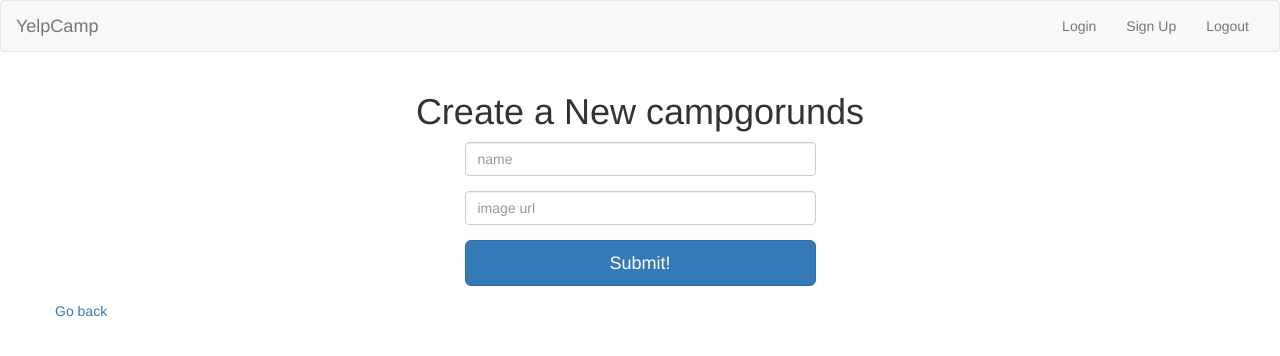
Repository: gtxDaniel/Web-development
Page: http://localhost/campgrounds/new
The author's editor kept a record of every edit. The page is drawn from the files as they stood at one moment, then again after the next edit.
The browser window is 1280 px wide. The pictures show the whole page.
The page is served by the project's Node server (YelpCamp/v1/app.js).

Above is the page before.

### web-development/workspace/YelpCamp/v1/views/new.ejs
<% include partials/header %>
<div class = "container">
    <div class = 'row'>
        <h1 style = 'text-align:center'>Create a New campgorunds</h1>
        <div style = 'width: 30%; margin: 0 auto'>
            <form action = '/campgrounds' method = "POST">
                <div class = 'form-group'>
                     <input class ="form-control" type = 'text' name = 'name' placeholder = 'name'>
                </div>

               <div class ='form-group'>
                   <input class ="form-control" type = 'text' name = 'image' placeholder = 'image url'>
               </div>

               <div class='form-group'>
                   <button class = 'btn btn-lg btn-primary btn-block'>Submit!</button>
               </div>

            </form>
        </div>

        <a href = '/campgrounds'>Go back</a>
    </div>
</div>
<% include partials/footer %>

### web-development/workspace/YelpCamp/v1/views/partials/header.ejs
<!DOCTYPE html>
<html>
    <head>
        <title>YelpCamp</title>
        <link rel="stylesheet" href="https://maxcdn.bootstrapcdn.com/bootstrap/3.3.7/css/bootstrap.min.css" integrity="sha384-BVYiiSIFeK1dGmJRAkycuHAHRg32OmUcww7on3RYdg4Va+PmSTsz/K68vbdEjh4u" crossorigin="anonymous">
    </head>
    <body>
        <nav class='navbar navbar-default'>
            <div class = 'container-fluid'>
                <div class = 'navbar-header'>
                    <a class='navbar-brand' href='/'>YelpCamp</a>
                </div>
                <div class="collapse navbar-collapse">
                    <ul class= 'nav navbar-nav navbar-right'>
                        <li><a href = "/">Login</a></li>
                        <li><a href = "/">Sign Up</a></li>
                        <li><a href = "/">Logout</a></li>
                    </ul>
                </div>
            </div>
        </nav>

### web-development/workspace/YelpCamp/v1/app.js
var express = require("express");
var app = express();
var bodyParser = require('body-parser');

app.use(bodyParser.urlencoded({extended: true}));
app.set('view engine', 'ejs');

var campgrounds = [
        {name: 'First', image: 'https://farm9.staticflickr.com/8442/7962474612_bf2baf67c0.jpg'},
        {name: 'Second', image: "https://ak4.picdn.net/shutterstock/videos/20733094/thumb/1.jpg"},
        {name: 'Third', image: "https://thefinanser.com/wp-content/uploads/2019/03/Camp.jpg"},
        {name: 'First', image: 'https://farm9.staticflickr.com/8442/7962474612_bf2baf67c0.jpg'},
        {name: 'Second', image: "https://ak4.picdn.net/shutterstock/videos/20733094/thumb/1.jpg"},
        {name: 'Third', image: "https://thefinanser.com/wp-content/uploads/2019/03/Camp.jpg"}
    ]

app.get('/', function(req, res){
    res.render('landing');
})

app.get('/campgrounds', function(req, res){

        res.render('campgrounds', {campgrounds: campgrounds});
})

app.get('/campgrounds/new', function(req, res) {
    res.render('new.ejs');
})

app.post('/campgrounds', function(req, res){
    // get data from form and add to campgorunds array
    // redircet
    var name = req.body.name;
    var image = req.body.image;
    var newCampground = {name: name, image: image};
    campgrounds.push(newCampground);
    res.redirect('/campgrounds');

})


app.listen(process.env.PORT, process.env.IP, function(){
    console.log("started");
})

Loaded but not shown: web-development/workspace/YelpCamp/v1/views/partials/footer.ejs (common file)

After the next edit:
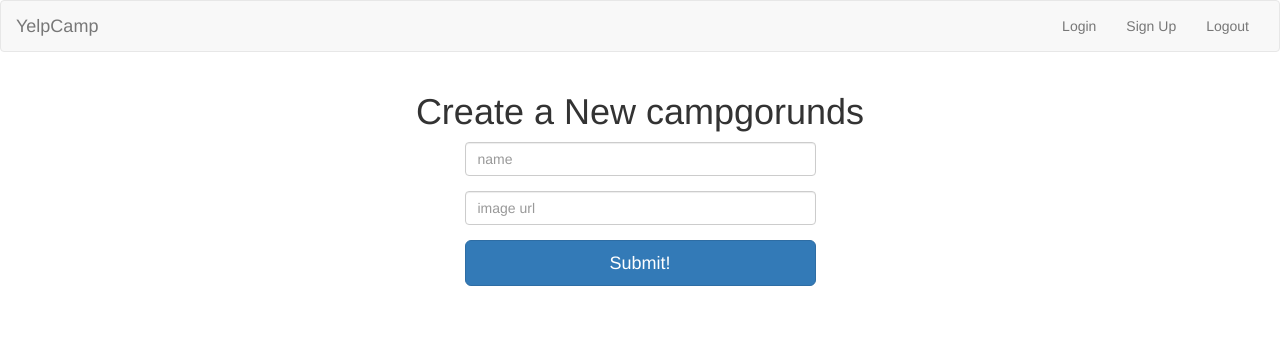
The edit:
--- a/web-development/workspace/YelpCamp/v1/views/new.ejs
+++ b/web-development/workspace/YelpCamp/v1/views/new.ejs
@@ -19,7 +19,7 @@
             </form>
         </div>
 
-        <a href = '/campgrounds'>Go back</a>
+
     </div>
 </div>
 <% include partials/footer %>
